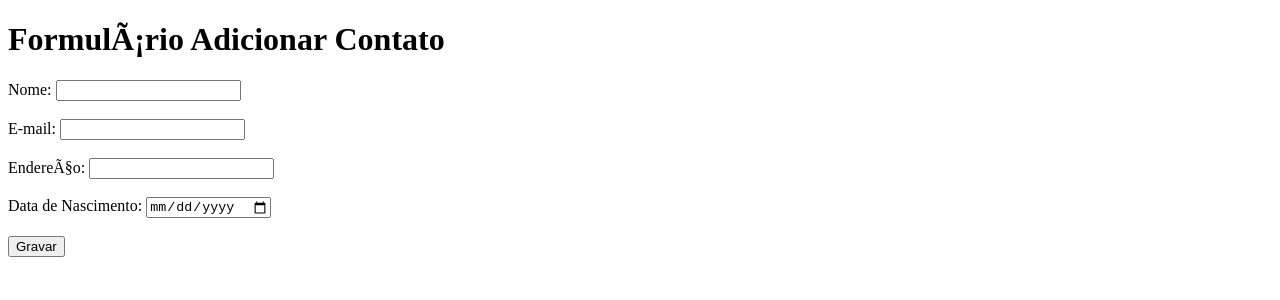
Repository: noceravictor/projetosbs
Page: http://localhost/fj21-agenda/adiciona-contato.jsp
An editor plug-in stored every save of this project. The page is shown before and after the next save, followed by the edit.
The browser window is 1280 px wide. The pictures show the whole page.
The page is served by Tomcat 9. Other server files are loaded and not shown.

Above is the page before, as saved 2019-03-19 19:34:14.
Console error: ReferenceError: $ is not defined

### fj21-agenda/WebContent/adiciona-contato.jsp
<!DOCTYPE html>
<html lang="en">
<head>
    <meta charset="UTF-8">
    <meta name="viewport" content="width=device-width, initial-scale=1.0">
    <meta http-equiv="X-UA-Compatible" content="ie=edge">
    <title>Adiciona Contato</title>
</head>
<body>
    <h1>Formulário Adicionar Contato</h1>
    <form action="adicionaContato">
        Nome: <input type="text" name="nome" id="">
        <br>
        <br>
        E-mail: <input type="text" name="email" id="">
        <br>
        <br>
        Endereço: <input type="text" name="endereco" id="">
        <br>
        <br>
        Data de Nascimento: <input type="date" name="dataNascimento" id="dataNascimento">
        <br>
        <br>
        <input type="submit" value="Gravar">
    </form>
    <script>
    	$("#dataNascimento").datepicker({
    		dateFormat:'dd/mm/yy'
    	})
    </script>
</body>
</html>

After the next save:
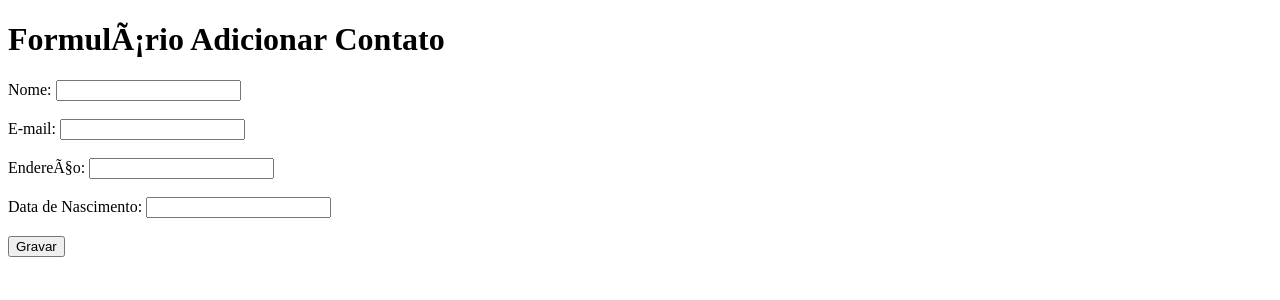
Saved 22 s later.
--- a/fj21-agenda/WebContent/adiciona-contato.jsp
+++ b/fj21-agenda/WebContent/adiciona-contato.jsp
@@ -18,7 +18,7 @@
         Endereço: <input type="text" name="endereco" id="">
         <br>
         <br>
-        Data de Nascimento: <input type="date" name="dataNascimento" id="dataNascimento">
+        Data de Nascimento: <input type="text" name="dataNascimento" id="dataNascimento">
         <br>
         <br>
         <input type="submit" value="Gravar">
